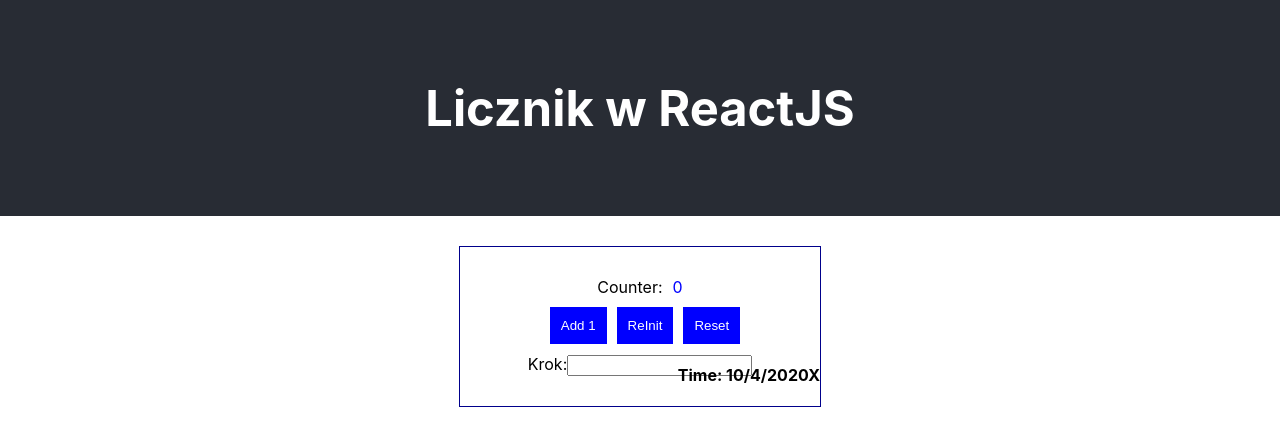
Repository: magdaf41/react-counter-app
Page: /
These files come from the project's save history. The page is drawn as it stood at one moment and after the next save; the edit follows.
The browser window is 1280 px wide. The pictures show the whole page.
The project was rebuilt for these pictures with package versions that can differ from the ones it lists, and the page was loaded fresh each time.

Above is the page before, as saved 2020-10-06 20:55:00.

After the next save:
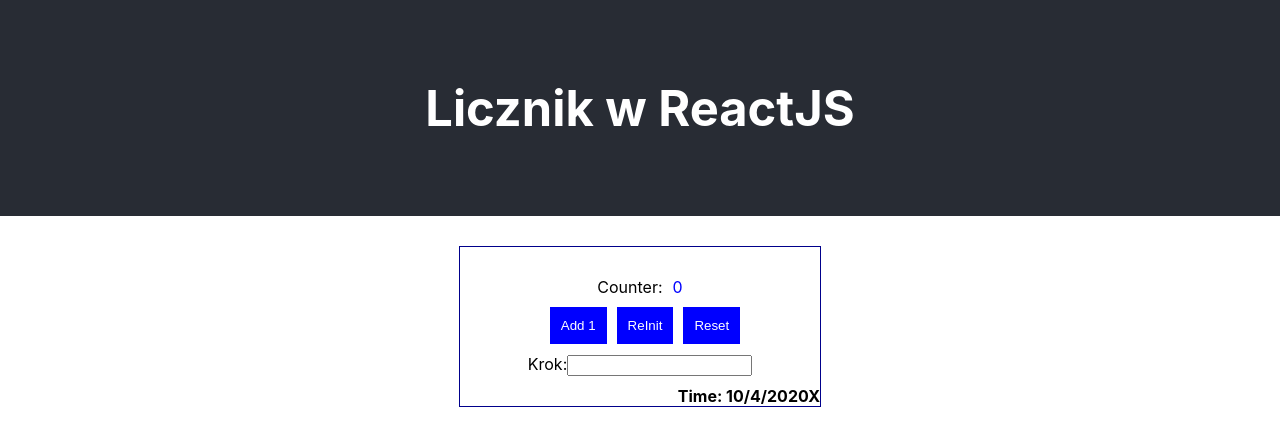
Saved 23 s later.
--- a/src/Clock.css
+++ b/src/Clock.css
@@ -2,5 +2,9 @@
     position: absolute;
     bottom: 0;
     right: 0;
+
+}
+
+.clock h4 {
     margin: 0;
 }
